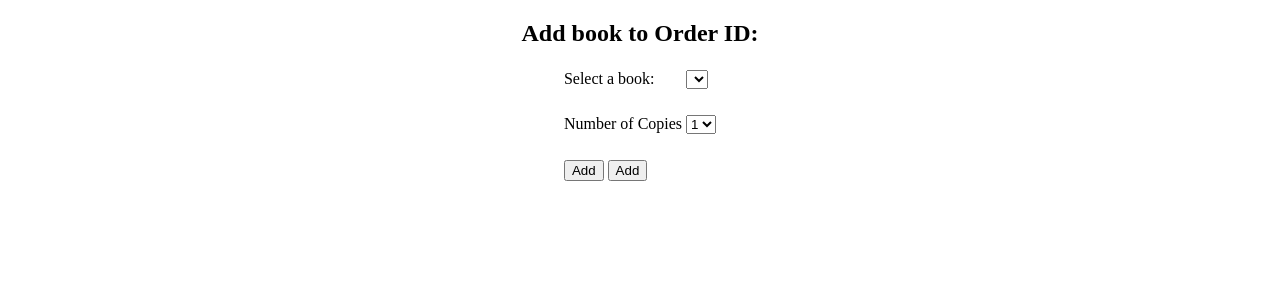
Repository: WaskeM/BookStore-WebSite
Page: http://localhost/BookStoreWebsite/admin/add_book_form.jsp
The author's editor kept a copy of each file at every save. The page is drawn from the files as they stood at one save, then again after the next save.
The browser window is 1280 px wide. The pictures show the whole page.
The page is served by Tomcat 9. Nobody is signed in. The application's start-up code is not run. Other server files are loaded and not shown. The template is opened directly, without the code that normally fills it, so the values that code supplies are empty.

Above is the page before, as saved 2020-08-04 11:43:29.

### BookStoreWebsite/WebContent/admin/add_book_form.jsp
<%@ page language="java" contentType="text/html; charset=ISO-8859-1"
    pageEncoding="ISO-8859-1"%>
<%@ taglib prefix="c" uri="http://java.sun.com/jsp/jstl/core" %>

<!DOCTYPE html>
<html>
<head>
<meta charset="ISO-8859-1">
<title>Add Book To Order</title>
</head>
<body>
	<div align="center">
		<h2>Add book to Order ID: ${order.orderId}</h2>
		<form action="add_book_to_order" method="post">
		<table>
			<tr>
				<td>Select a book: </td>
				<td>
					<select name="bookId">
						<c:forEach items="${listBook}" var="book" varStatus="status">
							<option value="${book.bookId}">${book.title} - ${book.author}</option>
						</c:forEach>
					</select>
				</td>
			</tr>
			<tr><td>&nbsp;</td></tr>
			<tr>
				<td>Number of Copies</td>
				<td>
					<select name="quantity">
						<option value="1"> 1 </option>
						<option value="2"> 2 </option>
						<option value="3"> 3 </option>
						<option value="4"> 4 </option>
						<option value="5"> 5 </option>
					</select>
				</td>
			</tr>
			<tr><td>&nbsp;</td></tr>
			<tr>
				<td colspan="2">
					<input type="submit" value="Add" />
					<input type="submit" value="Add" />
				</td>
			</tr>
		</table>

		</form>
	</div>

</body>
</html>

After the next save:
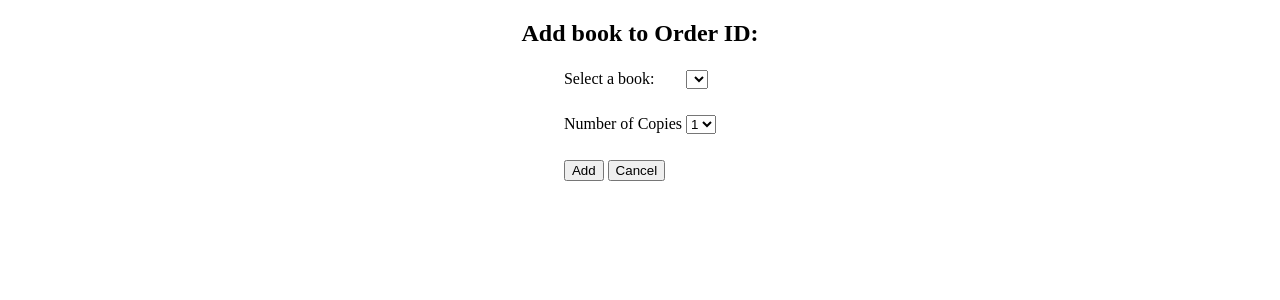
Saved 14 s later.
--- a/BookStoreWebsite/WebContent/admin/add_book_form.jsp
+++ b/BookStoreWebsite/WebContent/admin/add_book_form.jsp
@@ -40,7 +40,7 @@
 			<tr>
 				<td colspan="2">
 					<input type="submit" value="Add" />
-					<input type="submit" value="Add" />
+					<input type="button" value="Cancel" />
 				</td>
 			</tr>
 		</table>
